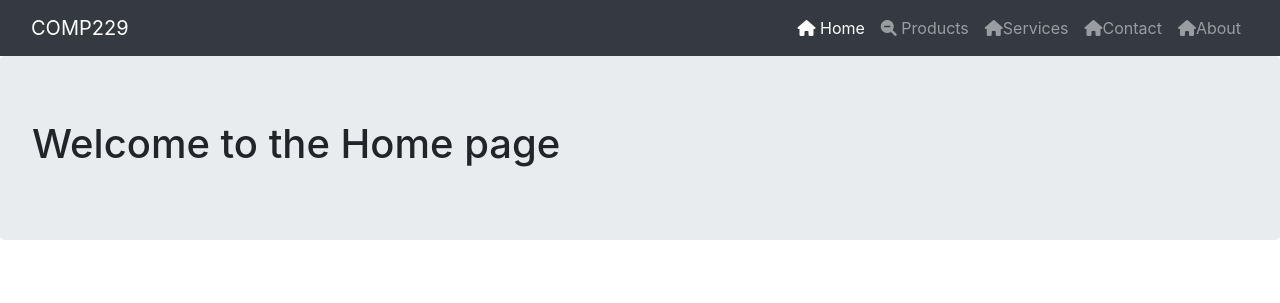
Repository: arsh16/week3_demo2
Page: http://localhost/
These files come from the project's save history. The page is drawn as it stood at one moment and after the next save; the edit follows.
The browser window is 1280 px wide. The pictures show the whole page.
Some web libraries are served in a nearby version. The page is served by the project's Node server (server.js). Other server files are loaded and not shown.

Above is the page before, as saved 2021-09-30 11:40:54.

### views/index.ejs
<!DOCTYPE html>
<html lang="en">
<head>
  <meta charset="UTF-8">
  <meta http-equiv="X-UA-Compatible" content="IE=edge">
  <meta name="viewport" content="width=device-width, initial-scale=1.0">
  <title><%= title %></title>

  <!--css-->
  <link rel='stylesheet' href='/Content/app.css' />

<!--These stylesheets were saying 404 in console-->

  <!--<link rel="stylesheet" href="/bootstrap/dist/bootstrap.min.css">
  <link rel="stylesheet" href='/@fortawesome/fontawesome-free/css/all.min.css'-->

  <link rel="stylesheet" href="https://cdn.jsdelivr.net/npm/bootstrap@4.6.0/dist/css/bootstrap.min.css" integrity="sha384-B0vP5xmATw1+K9KRQjQERJvTumQW0nPEzvF6L/Z6nronJ3oUOFUFpCjEUQouq2+l" crossorigin="anonymous">
 <link rel="stylesheet" href="https://cdnjs.cloudflare.com/ajax/libs/font-awesome/6.0.0-beta2/css/all.min.css" integrity="sha512-YWzhKL2whUzgiheMoBFwW8CKV4qpHQAEuvilg9FAn5VJUDwKZZxkJNuGM4XkWuk94WCrrwslk8yWNGmY1EduTA==" crossorigin="anonymous" referrerpolicy="no-referrer" />


</head>

<!--body-->
<body>

  <!--main nav-->
  <nav class="navbar navbar-expand-lg navbar-dark bg-dark" style="color: aliceblue;">
    <div class="container-fluid">
      <a class="navbar-brand" href="/home">COMP229</a>
      <button class="navbar-toggler" type="button" data-bs-toggle="collapse" data-bs-target="#navbarSupportedContent" aria-controls="navbarSupportedContent" aria-expanded="false" aria-label="Toggle navigation">
        <span class="navbar-toggler-icon"></span>
      </button>

      <div class="collapse navbar-collapse" id="navbarSupportedContent">
        <ul class="navbar-nav ml-auto mb-2 mb-lg-0">

          <li class="nav-item">
            <a class="nav-link active" aria-current="page" href="/home"><i class="fas fa-home"></i> Home</a>
          </li>

          <li class="nav-item">
            <a class="nav-link" href="/products"><i class="fas fa-search-minus"></i> Products</a>
          </li>

             <li class="nav-item">
            <a class="nav-link" href="/services"><i class="fas fa-home"></i>Services</a>
          </li>

             <li class="nav-item">
            <a class="nav-link" href="/contact"><i class="fas fa-home"></i>Contact</a>
          </li>

           <li class="nav-item">
            <a class="nav-link" href="/about"><i class="fas fa-home"></i>About</a>


        </ul>

      </div>
    </div>
  </nav>

  <main><div class="jumbotron">
    <h1>Welcome to the <%= title %> page</h1>

  </div>
  </main>

  <!--scripts-->
  <script src="https://ajax.googleapis.com/ajax/libs/jquery/2.1.1/jquery.min.js"></script>
 <!-- <script src="/jquery/dist/jquery.min.js"></script>-->
  <script src="/Scripts/app.js"></script>
</body>
</html>

### server.js
#!/usr/bin/env node

/**
 * Module dependencies.
 */

var app = require('./app');
var debug = require('debug')('assignment1:server');
var http = require('http');

/**
 * Get port from environment and store in Express.
 */

var port = normalizePort(process.env.PORT || '3000');
app.set('port', port);

/**
 * Create HTTP server.
 */

var server = http.createServer(app);

/**
 * Listen on provided port, on all network interfaces.
 */

server.listen(port);
server.on('error', onError);
server.on('listening', onListening);

/**
 * Normalize a port into a number, string, or false.
 */

function normalizePort(val) {
  var port = parseInt(val, 10);

  if (isNaN(port)) {
    // named pipe
    return val;
  }

  if (port >= 0) {
    // port number
    return port;
  }

  return false;
}

/**
 * Event listener for HTTP server "error" event.
 */

function onError(error) {
  if (error.syscall !== 'listen') {
    throw error;
  }

  var bind = typeof port === 'string'
    ? 'Pipe ' + port
    : 'Port ' + port;

  // handle specific listen errors with friendly messages
  switch (error.code) {
    case 'EACCES':
      console.error(bind + ' requires elevated privileges');
      process.exit(1);
      break;
    case 'EADDRINUSE':
      console.error(bind + ' is already in use');
      process.exit(1);
      break;
    default:
      throw error;
  }
}

/**
 * Event listener for HTTP server "listening" event.
 */

function onListening() {
  var addr = server.address();
  var bind = typeof addr === 'string'
    ? 'pipe ' + addr
    : 'port ' + addr.port;
  debug('Listening on ' + bind);
}

### routes/index.js
var express = require('express');
var router = express.Router();

/* GET home page. */
router.get('/', function(req, res, next) {
  res.render('index', { title: 'Home' });
});

router.get('/home', function(req, res, next) {
  res.render('index', { title: 'Home' });
});


router.get('/about', function(req, res, next) {
  res.render('index', { title: 'About' });
});

router.get('/products', function(req, res, next) {
  res.render('index', { title: 'Products'});
});

router.get('/services', function(req, res, next) {
  res.render('index', { title: 'Services' });
});

router.get('/contact', function(req, res, next) {
  res.render('index', { title: 'Contact' });
});

module.exports = router;

### app.js
let createError = require('http-errors');
let express = require('express');
let path = require('path');
let cookieParser = require('cookie-parser');
let logger = require('morgan');

let indexRouter = require('./routes/index');
let usersRouter = require('./routes/users');

let app = express();

// view engine setup
app.set('views', path.join(__dirname, 'views'));
app.set('view engine', 'ejs');

app.use(logger('dev'));
app.use(express.json());
app.use(express.urlencoded({ extended: false }));
app.use(cookieParser());
app.use(express.static(path.join(__dirname, 'public')));

app.use('/', indexRouter);
app.use('/users', usersRouter);

// catch 404 and forward to error handler
app.use(function(req, res, next) {
  next(createError(404));
});

// error handler
app.use(function(err, req, res, next) {
  // set locals, only providing error in development
  res.locals.message = err.message;
  res.locals.error = req.app.get('env') === 'development' ? err : {};

  // render the error page
  res.status(err.status || 500);
  res.render('error');
});

module.exports = app;

### public/Content/app.css
/*-custom css--*/

### public/Scripts/app.js
/*IIFE*/

(function()
{
    function Start()
    {
        console.log("App started...");
    }
    window.addEventListener("load", Start);
})();

After the next save:
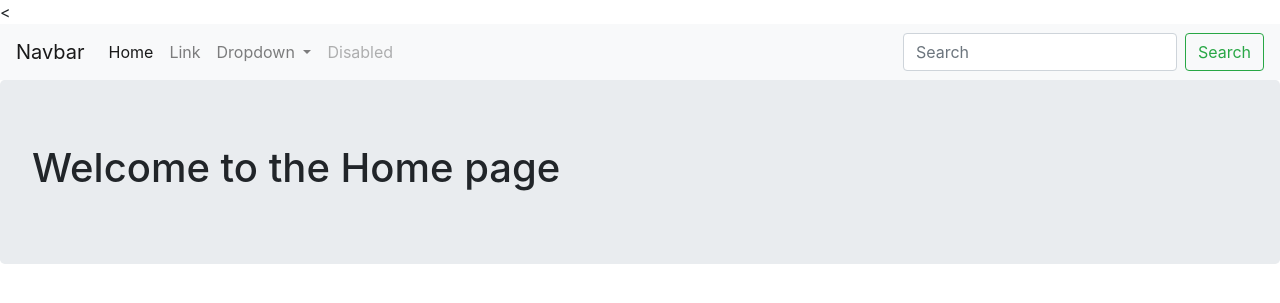
Saved 4 min 24 s later.
--- a/views/index.ejs
+++ b/views/index.ejs
@@ -24,39 +24,39 @@
 <body>
 
   <!--main nav-->
-  <nav class="navbar navbar-expand-lg navbar-dark bg-dark" style="color: aliceblue;">
-    <div class="container-fluid">
-      <a class="navbar-brand" href="/home">COMP229</a>
-      <button class="navbar-toggler" type="button" data-bs-toggle="collapse" data-bs-target="#navbarSupportedContent" aria-controls="navbarSupportedContent" aria-expanded="false" aria-label="Toggle navigation">
-        <span class="navbar-toggler-icon"></span>
-      </button>
+  <<nav class="navbar navbar-expand-lg navbar-light bg-light">
+    <a class="navbar-brand" href="#">Navbar</a>
+    <button class="navbar-toggler" type="button" data-toggle="collapse" data-target="#navbarSupportedContent" aria-controls="navbarSupportedContent" aria-expanded="false" aria-label="Toggle navigation">
+      <span class="navbar-toggler-icon"></span>
+    </button>
 
-      <div class="collapse navbar-collapse" id="navbarSupportedContent">
-        <ul class="navbar-nav ml-auto mb-2 mb-lg-0">
-
-          <li class="nav-item">
-            <a class="nav-link active" aria-current="page" href="/home"><i class="fas fa-home"></i> Home</a>
-          </li>
-
-          <li class="nav-item">
-            <a class="nav-link" href="/products"><i class="fas fa-search-minus"></i> Products</a>
-          </li>
-
-             <li class="nav-item">
-            <a class="nav-link" href="/services"><i class="fas fa-home"></i>Services</a>
-          </li>
-
-             <li class="nav-item">
-            <a class="nav-link" href="/contact"><i class="fas fa-home"></i>Contact</a>
-          </li>
-
-           <li class="nav-item">
-            <a class="nav-link" href="/about"><i class="fas fa-home"></i>About</a>
-
-
-        </ul>
-
-      </div>
+    <div class="collapse navbar-collapse" id="navbarSupportedContent">
+      <ul class="navbar-nav mr-auto">
+        <li class="nav-item active">
+          <a class="nav-link" href="#">Home <span class="sr-only">(current)</span></a>
+        </li>
+        <li class="nav-item">
+          <a class="nav-link" href="#">Link</a>
+        </li>
+        <li class="nav-item dropdown">
+          <a class="nav-link dropdown-toggle" href="#" id="navbarDropdown" role="button" data-toggle="dropdown" aria-haspopup="true" aria-expanded="false">
+            Dropdown
+          </a>
+          <div class="dropdown-menu" aria-labelledby="navbarDropdown">
+            <a class="dropdown-item" href="#">Action</a>
+            <a class="dropdown-item" href="#">Another action</a>
+            <div class="dropdown-divider"></div>
+            <a class="dropdown-item" href="#">Something else here</a>
+          </div>
+        </li>
+        <li class="nav-item">
+          <a class="nav-link disabled" href="#">Disabled</a>
+        </li>
+      </ul>
+      <form class="form-inline my-2 my-lg-0">
+        <input class="form-control mr-sm-2" type="search" placeholder="Search" aria-label="Search">
+        <button class="btn btn-outline-success my-2 my-sm-0" type="submit">Search</button>
+      </form>
     </div>
   </nav>
 

After the save that followed:
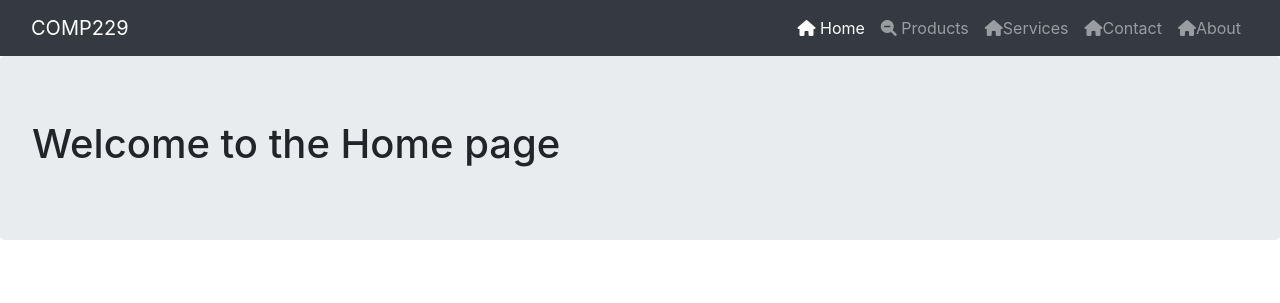
Saved 20 s later.
--- a/views/index.ejs
+++ b/views/index.ejs
@@ -24,39 +24,39 @@
 <body>
 
   <!--main nav-->
-  <<nav class="navbar navbar-expand-lg navbar-light bg-light">
-    <a class="navbar-brand" href="#">Navbar</a>
-    <button class="navbar-toggler" type="button" data-toggle="collapse" data-target="#navbarSupportedContent" aria-controls="navbarSupportedContent" aria-expanded="false" aria-label="Toggle navigation">
-      <span class="navbar-toggler-icon"></span>
-    </button>
+  <nav class="navbar navbar-expand-lg navbar-dark bg-dark" style="color: aliceblue;">
+    <div class="container-fluid">
+      <a class="navbar-brand" href="/home">COMP229</a>
+      <button class="navbar-toggler" type="button" data-bs-toggle="collapse" data-bs-target="#navbarSupportedContent" aria-controls="navbarSupportedContent" aria-expanded="false" aria-label="Toggle navigation">
+        <span class="navbar-toggler-icon"></span>
+      </button>
 
-    <div class="collapse navbar-collapse" id="navbarSupportedContent">
-      <ul class="navbar-nav mr-auto">
-        <li class="nav-item active">
-          <a class="nav-link" href="#">Home <span class="sr-only">(current)</span></a>
-        </li>
-        <li class="nav-item">
-          <a class="nav-link" href="#">Link</a>
-        </li>
-        <li class="nav-item dropdown">
-          <a class="nav-link dropdown-toggle" href="#" id="navbarDropdown" role="button" data-toggle="dropdown" aria-haspopup="true" aria-expanded="false">
-            Dropdown
-          </a>
-          <div class="dropdown-menu" aria-labelledby="navbarDropdown">
-            <a class="dropdown-item" href="#">Action</a>
-            <a class="dropdown-item" href="#">Another action</a>
-            <div class="dropdown-divider"></div>
-            <a class="dropdown-item" href="#">Something else here</a>
-          </div>
-        </li>
-        <li class="nav-item">
-          <a class="nav-link disabled" href="#">Disabled</a>
-        </li>
-      </ul>
-      <form class="form-inline my-2 my-lg-0">
-        <input class="form-control mr-sm-2" type="search" placeholder="Search" aria-label="Search">
-        <button class="btn btn-outline-success my-2 my-sm-0" type="submit">Search</button>
-      </form>
+      <div class="collapse navbar-collapse" id="navbarSupportedContent">
+        <ul class="navbar-nav ml-auto mb-2 mb-lg-0">
+
+          <li class="nav-item">
+            <a class="nav-link active" aria-current="page" href="/home"><i class="fas fa-home"></i> Home</a>
+          </li>
+
+          <li class="nav-item">
+            <a class="nav-link" href="/products"><i class="fas fa-search-minus"></i> Products</a>
+          </li>
+
+             <li class="nav-item">
+            <a class="nav-link" href="/services"><i class="fas fa-home"></i>Services</a>
+          </li>
+
+             <li class="nav-item">
+            <a class="nav-link" href="/contact"><i class="fas fa-home"></i>Contact</a>
+          </li>
+
+           <li class="nav-item">
+            <a class="nav-link" href="/about"><i class="fas fa-home"></i>About</a>
+
+
+        </ul>
+
+      </div>
     </div>
   </nav>
 
